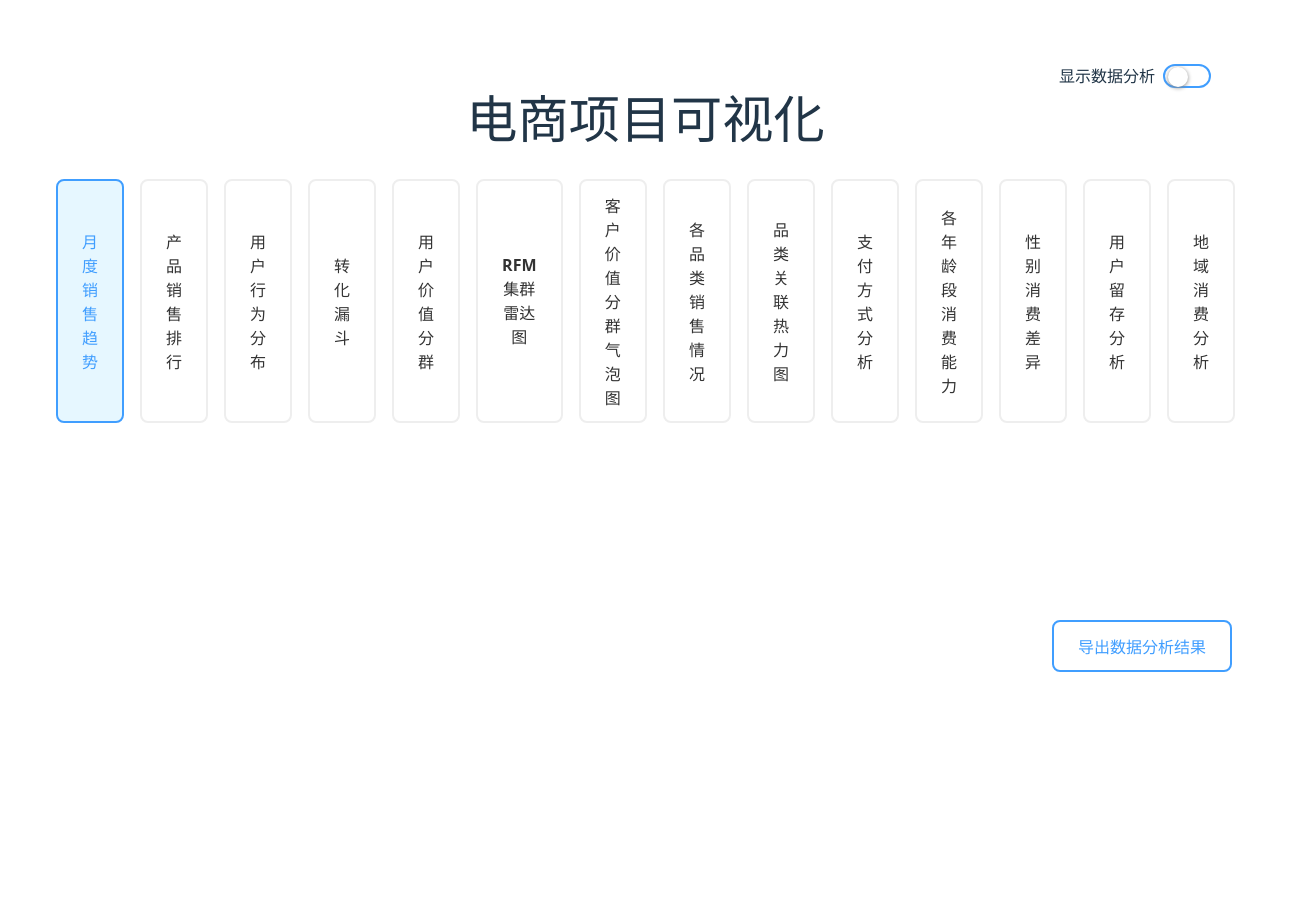
Repository: sakimi-9/DPV-EC
Page: / (app in src/rendering/)
An editor plug-in stored every save of this project. The page is shown before and after the next save, followed by the edit.
The browser window is 1280 px wide. The page is 1291 px wide, so the pictures cover 1291 px, including what lies to the right of the window. The pictures show the whole page.
The page's requests for data from a server got no answer. The project was rebuilt for these pictures with package versions that can differ from the ones it lists, and the page was loaded fresh each time. No one was signed in, and anything a server would have sent is missing. Also part of the build but not shown: src/rendering/vite.config.ts, src/rendering/src/views/ProductRank.vue, src/rendering/src/views/UserBehavior.vue, src/rendering/src/views/Funnel.vue, src/rendering/src/views/RFMScatter.vue, src/rendering/src/views/RFMRadar.vue, src/rendering/src/views/RFMBubble.vue, src/rendering/src/views/CategorySales.vue and 6 more.

Above is the page before, as saved 2025-06-25 23:57:05.

After the next save:
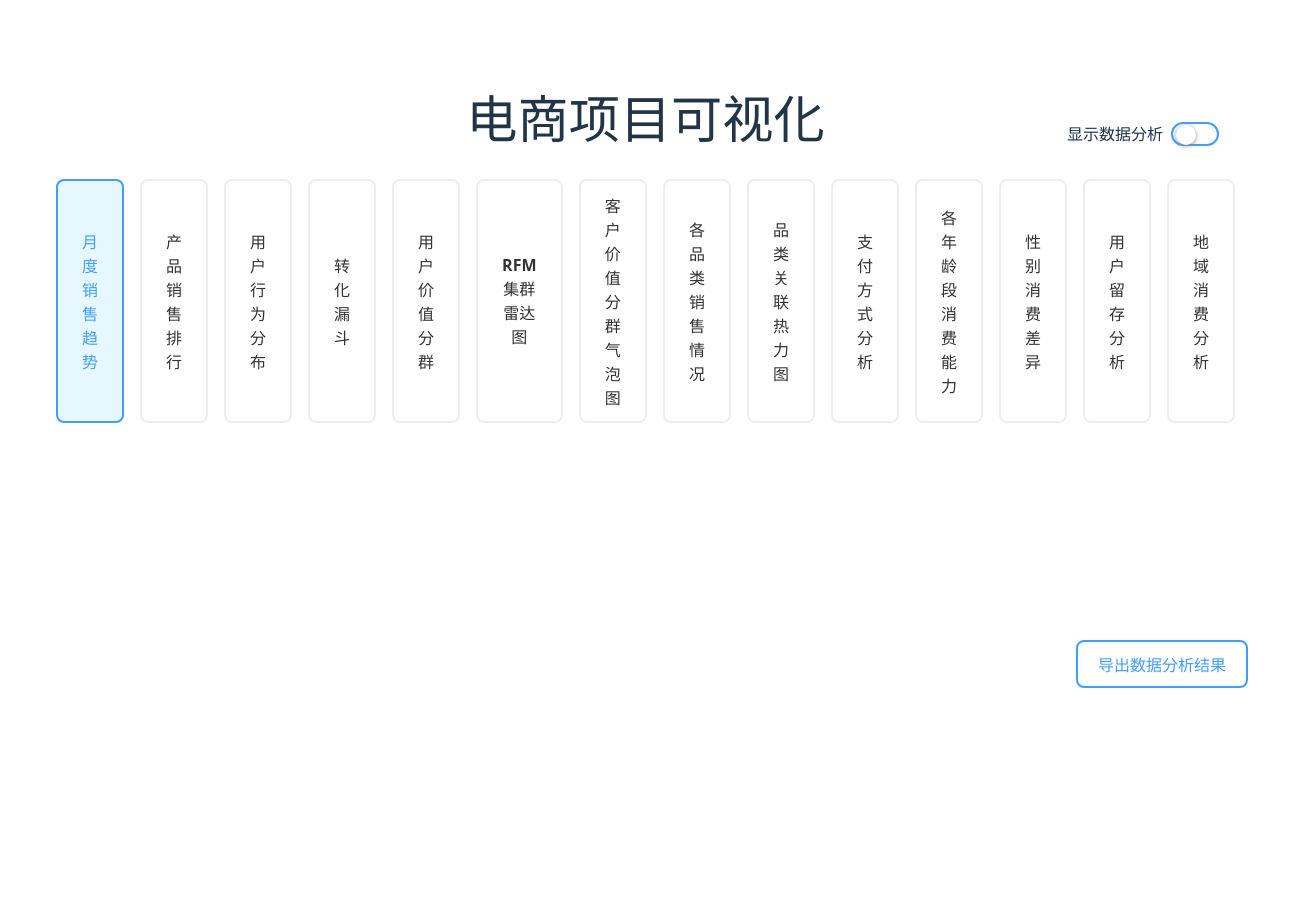
Saved 8 min 22 s later.
--- a/src/rendering/src/App.vue
+++ b/src/rendering/src/App.vue
@@ -1,9 +1,9 @@
 <template>
   <div style="padding: 24px; position: relative; min-height: 100vh;">
     <h1 style="text-align:center; margin-bottom: 32px;">电商项目可视化</h1>
-    <!-- 右上角显示数据分析开关 -->
-    <div style="position: absolute; top: 32px; right: 48px; z-index: 10; display: flex; align-items: center; gap: 8px;">
-      <span>显示数据分析</span>
+    <!-- 右侧显示数据分析开关，顶部与tab栏对齐 -->
+    <div style="position: absolute; top: 90px; right: 40px; z-index: 10; display: flex; align-items: center; gap: 8px;">
+      <span style="font-size: 16px;">显示数据分析</span>
       <button @click="showAnalysis = !showAnalysis" :style="{
         width: '48px', height: '24px', borderRadius: '12px', border: '2px solid #409EFF', background: showAnalysis ? '#409EFF' : '#fff', position: 'relative', cursor: 'pointer', transition: 'background 0.2s', padding: 0
       }">
@@ -12,10 +12,10 @@
         }"></span>
       </button>
     </div>
-    <!-- 右下角导出按钮 -->
-    <div style="position: fixed; bottom: 48px; right: 48px; z-index: 10;">
+    <!-- 右下角导出按钮，紧凑靠边 -->
+    <div style="position: fixed; bottom: 32px; right: 32px; z-index: 10;">
       <button @click="exportAnalysisImage"
-        style="padding: 12px 24px; border: 2px solid #409EFF; border-radius: 8px; background: #fff; color: #409EFF; font-weight: bold; cursor: pointer;">导出数据分析结果</button>
+        style="padding: 10px 20px; border: 2px solid #409EFF; border-radius: 8px; background: #fff; color: #409EFF; font-weight: bold; cursor: pointer; font-size: 16px;">导出数据分析结果</button>
     </div>
     <div style="display: flex; justify-content: center; gap: 16px; margin-bottom: 32px;">
       <button v-for="(tab, idx) in tabs" :key="tab.key" :style="{
